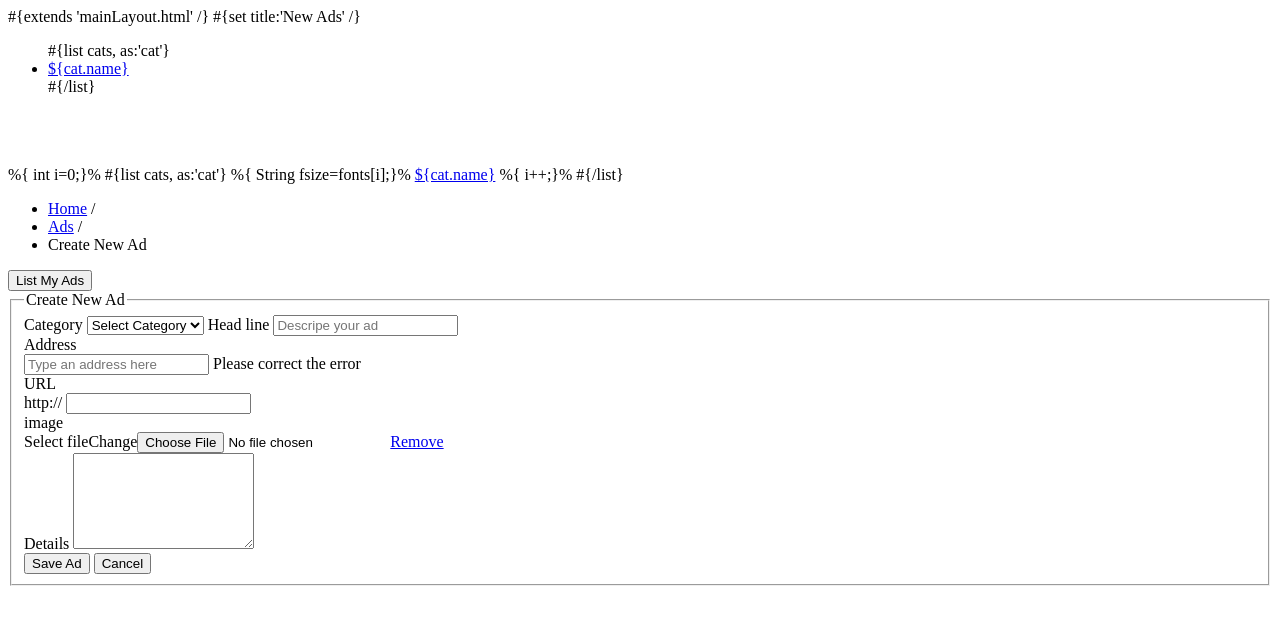
Repository: Maalejm/SEBA
Page: SlifeWebSite/app/views/Ads/newAd.html
An editor plug-in stored every save of this project. The page is shown before and after the next save, followed by the edit.
The browser window is 1280 px wide. The pictures show the whole page.

Above is the page before, as saved 2013-06-18 00:30:03.

After the next save:
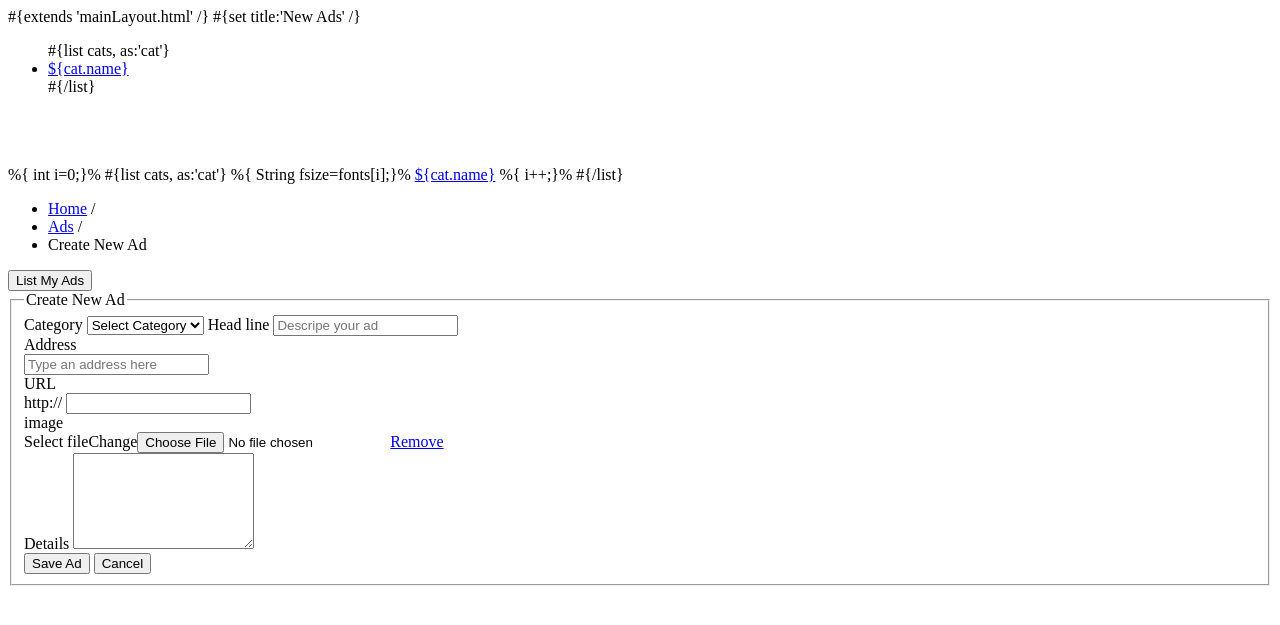
Saved 101 s later.
--- a/SlifeWebSite/app/views/Ads/newAd.html
+++ b/SlifeWebSite/app/views/Ads/newAd.html
@@ -56,11 +56,11 @@
 
                             <label>Head line</label>
                              <input type="text" class="span5" placeholder="Descripe your ad">
-                            <div class="control-group error">
+                            <div class="control-group "><!-- error -->
                             <label>Address</label>
                                  <div class="controls">
                                 <input type="text" class="span5" placeholder="Type an address here">
-                                <span class="help-inline">Please correct the error</span>
+                                <!-- <span class="help-inline">Please correct the error</span> -->
                                 </div>
                             </div>
                             <label>URL</label>
